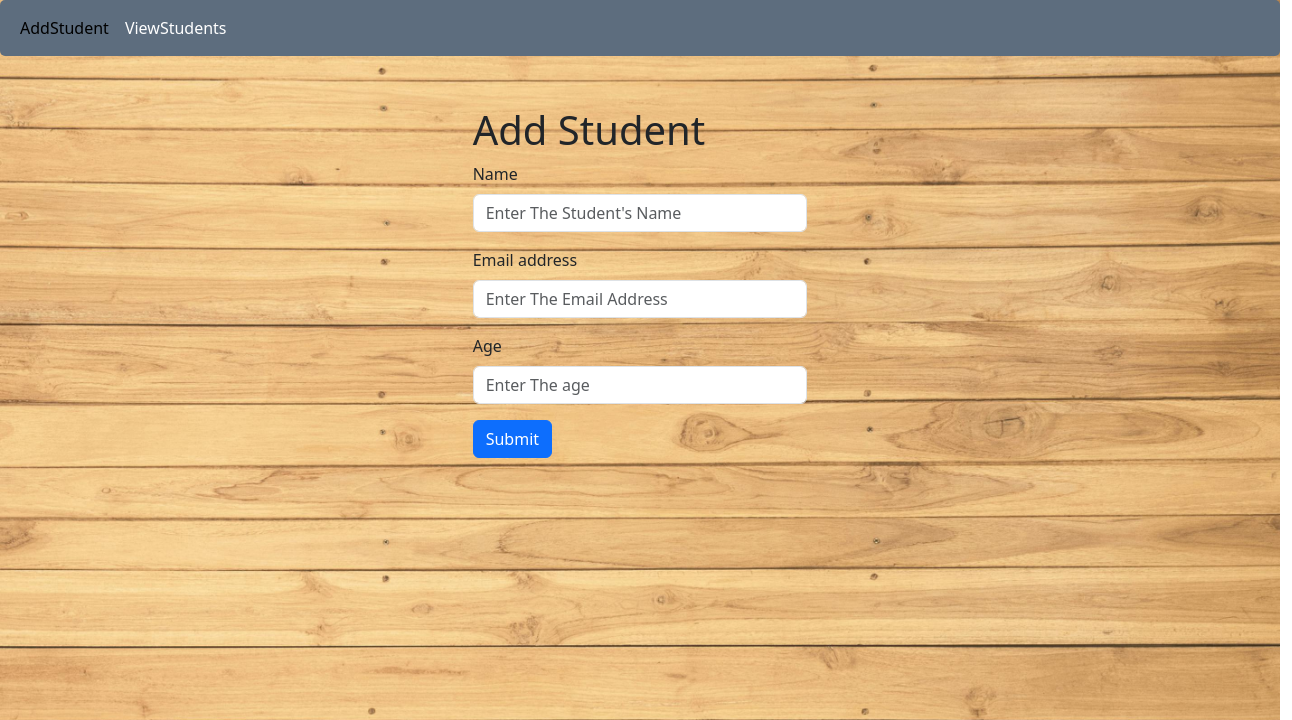
Repository: Manojs14/StudentManagementSystem
Page: http://localhost/Crud_form/
The author's editor kept a copy of each file at every save. The page is drawn from the files as they stood at one save, then again after the next save.
The browser window is 1280 px wide. The page is 1292 px wide, so the pictures cover 1292 px, including what lies to the right of the window. The pictures show the whole page.
The page is served by Tomcat 9. Nobody is signed in. The application's start-up code is not run.

Above is the page before, as saved 2024-07-11 09:26:19.

After the next save:
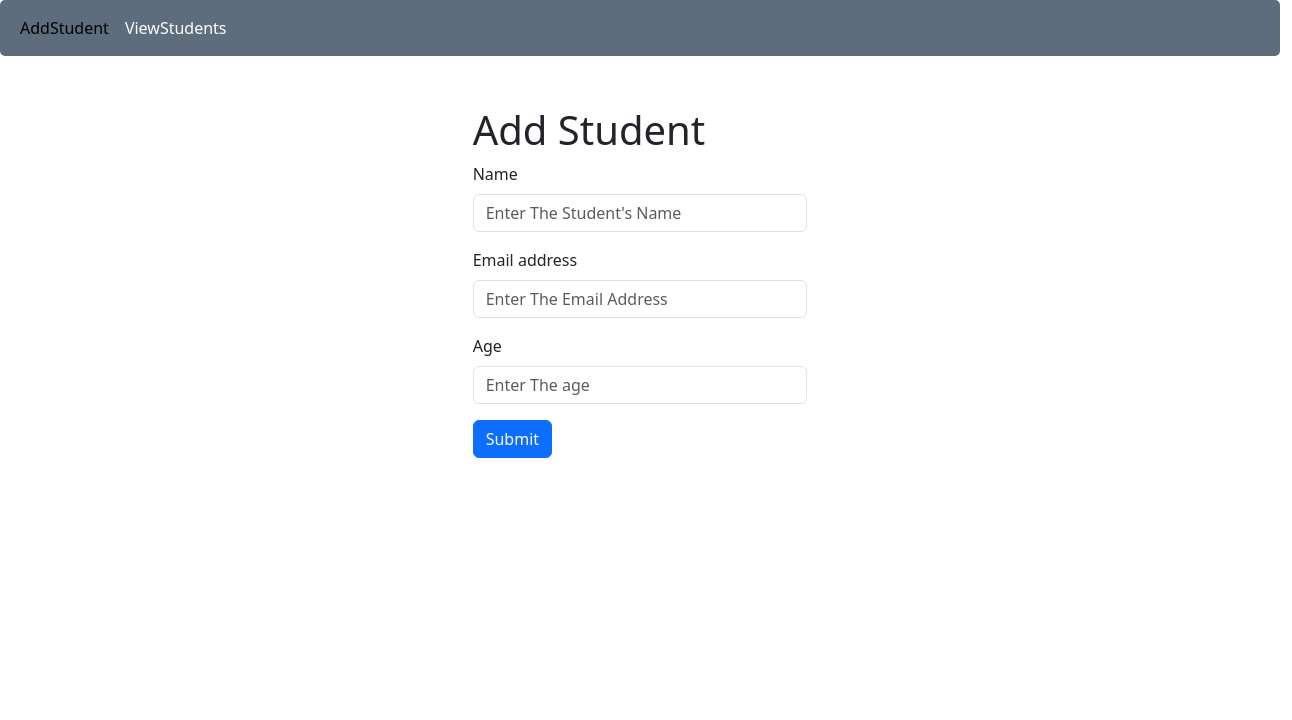
Saved 16 s later.
--- a/Crud_form/src/main/webapp/index.jsp
+++ b/Crud_form/src/main/webapp/index.jsp
@@ -7,10 +7,8 @@
 <title>The Student Form</title>
 <style>
   body {
-            background-image: url('image/pexels-fwstudio-33348-129731.jpg');
-            background-size: cover;
-            background-repeat: no-repeat;
-            background-attachment: fixed;
+            background-color: #D6DBDF;
+
         }
 
     .custom-navbar {
